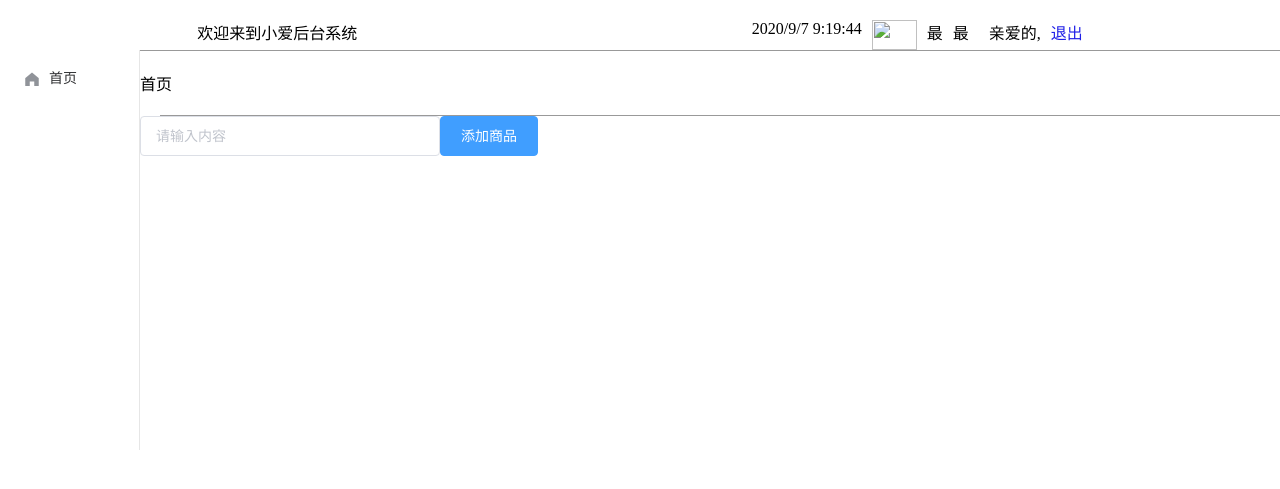
Repository: wujingwenwu/system
Page: /goods/goods
These files come from the project's save history. The page is drawn as it stood at one moment and after the next save; the edit follows.
The browser window is 1280 px wide. The pictures show the whole page.
The page's requests for data from a server got no answer. The project was rebuilt for these pictures with package versions that can differ from the ones it lists, and the page was loaded fresh each time. No one was signed in, and anything a server would have sent is missing. Also part of the build but not shown: vue.config.js, src/views/Home.vue.

Above is the page before, as saved 2020-09-07 10:41:39.

After the next save:
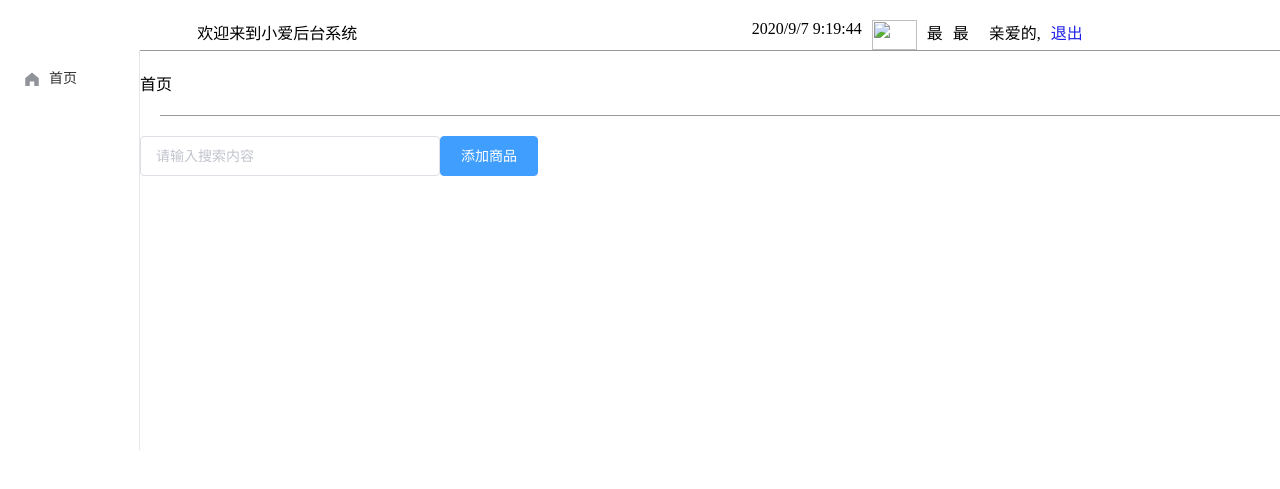
Saved 43 s later.
--- a/src/views/goods/Goods.vue
+++ b/src/views/goods/Goods.vue
@@ -1,9 +1,9 @@
 <template>
 <!--商品列表-->
  <div>
- <div class="d-f">
+ <div class="d-f m-t-20">
  <el-input
-  placeholder="请输入内容" class="input"
+  placeholder="请输入搜索内容" class="input"
   v-model="input"
   clearable>
 </el-input>
